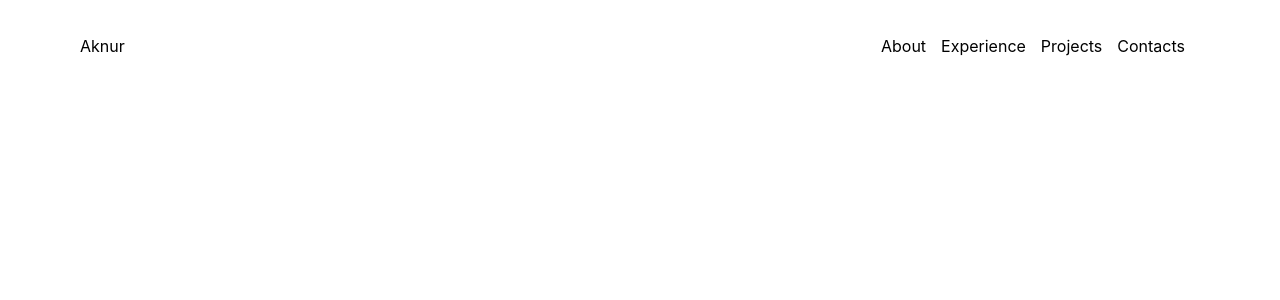
Repository: aknurkappar/nfactorial-portfolio-app-03-03-2022
Page: /
The author's editor kept a copy of each file at every save. The page is drawn from the files as they stood at one save, then again after the next save.
The browser window is 1280 px wide. The pictures show the whole page.
The project was rebuilt for these pictures with package versions that can differ from the ones it lists, and the page was loaded fresh each time. Also part of the build but not shown: src/App.css.

Above is the page before, as saved 2023-03-03 20:47:37.

After the next save:
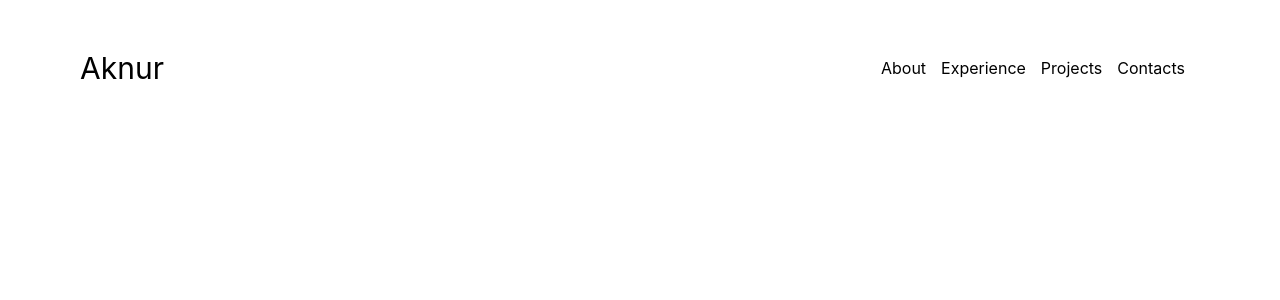
Saved 8 s later.
--- a/src/components/Header/index.css
+++ b/src/components/Header/index.css
@@ -17,5 +17,5 @@
 }
 
 .header p{
-    font-size: 30pz;
+    font-size: 30px;
 }
